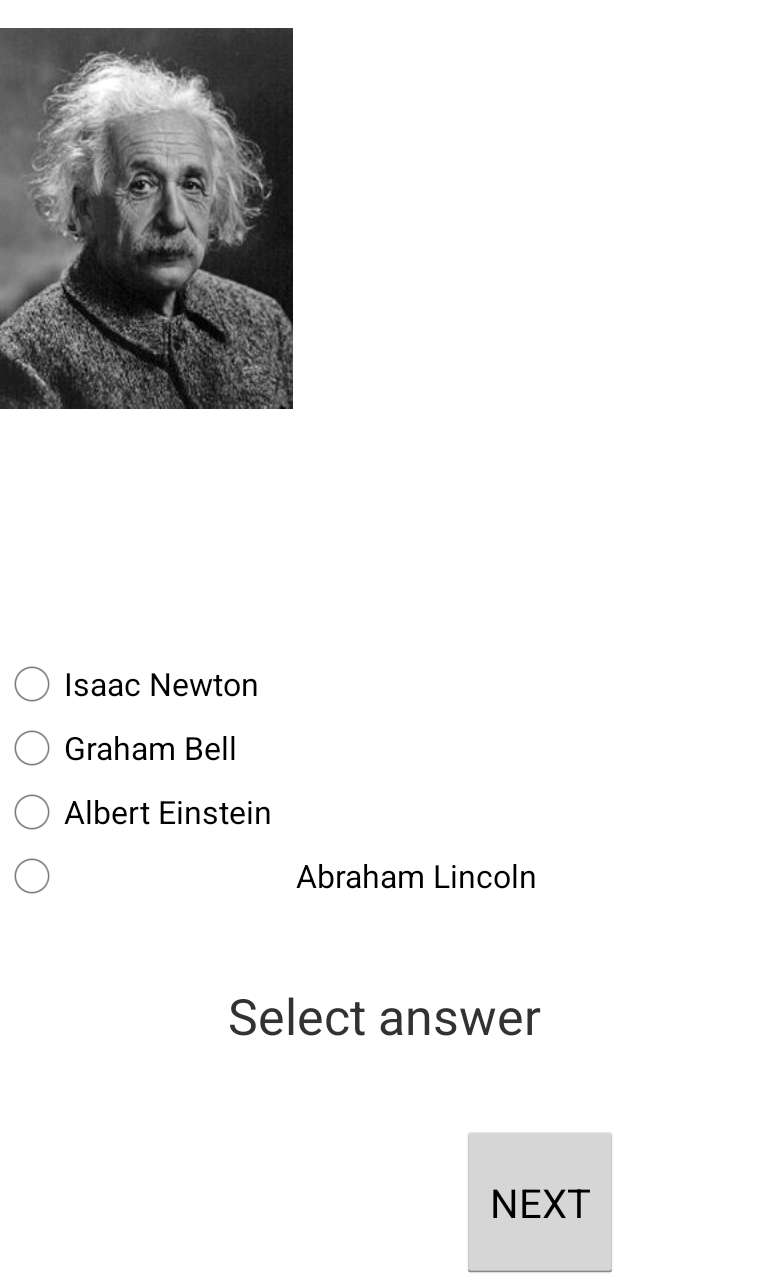
Repository: rupaligarje123/aakash
Layout: androidphotoquiz/FunChem1/photoquiz/res/layout/que2.xml
The author's editor kept a copy of each file at every save. The layout is drawn from the files as they stood at one save, then again after the next save.
It is drawn on a 768 x 1280 px phone screen (xhdpi) without system bars, with theme AppTheme; the app's code is not run.

Above is the layout before, as saved 2013-04-18 11:03:31.

### androidphotoquiz/FunChem1/photoquiz/res/layout/que2.xml
<?xml version="1.0" encoding="utf-8"?>
<LinearLayout xmlns:android="http://schemas.android.com/apk/res/android"
    android:layout_width="match_parent"
    android:layout_height="wrap_content"
    android:orientation="vertical" >

    <ImageView
        android:id="@+id/imageView1"
        android:layout_width="wrap_content"
        android:layout_height="wrap_content"
        android:layout_weight="1"
        android:gravity="center"
        android:src="@drawable/pic2" />

    <TextView
        android:id="@+id/editText1"
        android:layout_width="match_parent"
        android:layout_height="80sp"
        android:layout_weight="1"
        android:gravity="center"
        android:text=""
        android:textSize="25sp" >
    </TextView>
<RadioGroup
    android:layout_width="fill_parent"
    android:layout_height="wrap_content"
    android:orientation="vertical">
    >
    <RadioButton
        android:id="@+id/rd201"
        android:layout_width="match_parent"
        android:layout_height="0dp"
        android:layout_weight="1"
        android:text="Isaac Newton" />

    <RadioButton
        android:id="@+id/rd202"
        android:layout_width="match_parent"
        android:layout_height="0dp"
        android:layout_weight="1"
        android:text="Graham Bell" />

    <RadioButton
        android:id="@+id/rd203"
        android:layout_width="match_parent"
        android:layout_height="0dp"
        android:layout_weight="1"
        android:text="Albert Einstein" />

    <RadioButton
        android:id="@+id/rd204"
        android:layout_width="match_parent"
        android:layout_height="0dp"
        android:layout_weight="1"
        android:gravity="center"
        android:text="Abraham Lincoln" />
    </RadioGroup>
   <TextView
        android:id="@+id/tvr2"
        android:layout_width="match_parent"
        android:layout_height="80sp"
        android:layout_weight="1"
        android:gravity="center"
        android:text="@string/Result"
        android:textSize="25sp" >
    </TextView>
    <Button
        android:id="@+id/bn2"
        android:layout_width="80sp"
        android:layout_height="50sp"
        android:layout_weight="1"
        android:text="NEXT"
        android:textSize="20sp"
        android:layout_marginLeft="230sp"

        />
</LinearLayout>

### androidphotoquiz/FunChem1/photoquiz/res/values/strings.xml
<?xml version="1.0" encoding="utf-8"?>
<resources>

    <string name="app_name">FunChem</string>
    <string name="action_settings">Settings</string>
    <string name="hello_world">Identify Image</string>
    <string name="Result">Select answer</string>
    <string name="string1">Start</string>

</resources>

Loaded but not shown: androidphotoquiz/FunChem1/photoquiz/res/values/styles.xml (common file); androidphotoquiz/FunChem1/photoquiz/res/values-v11/styles.xml (common file); androidphotoquiz/FunChem1/photoquiz/res/values-v14/styles.xml (common file)

After the next save:
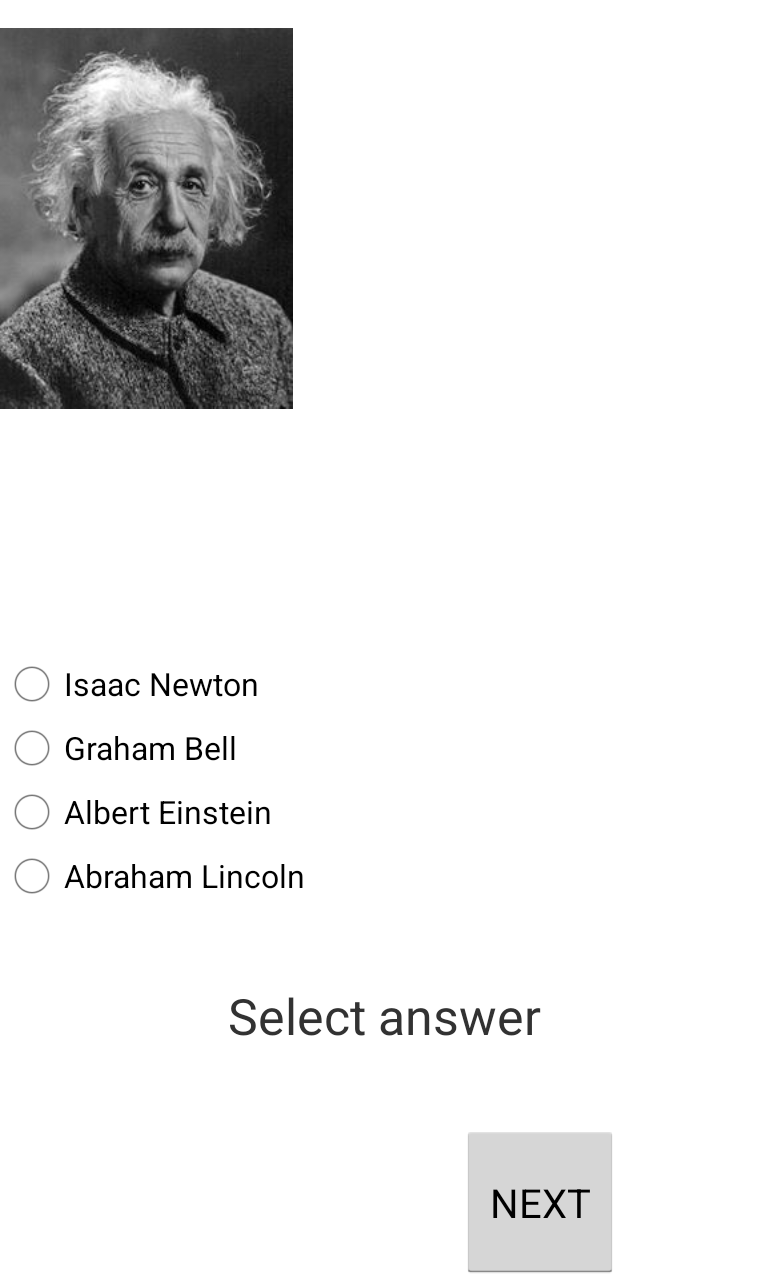
Saved 26 s later.
--- a/androidphotoquiz/FunChem1/photoquiz/res/layout/que2.xml
+++ b/androidphotoquiz/FunChem1/photoquiz/res/layout/que2.xml
@@ -52,7 +52,7 @@
         android:layout_width="match_parent"
         android:layout_height="0dp"
         android:layout_weight="1"
-        android:gravity="center"
+
         android:text="Abraham Lincoln" />
     </RadioGroup>
    <TextView
